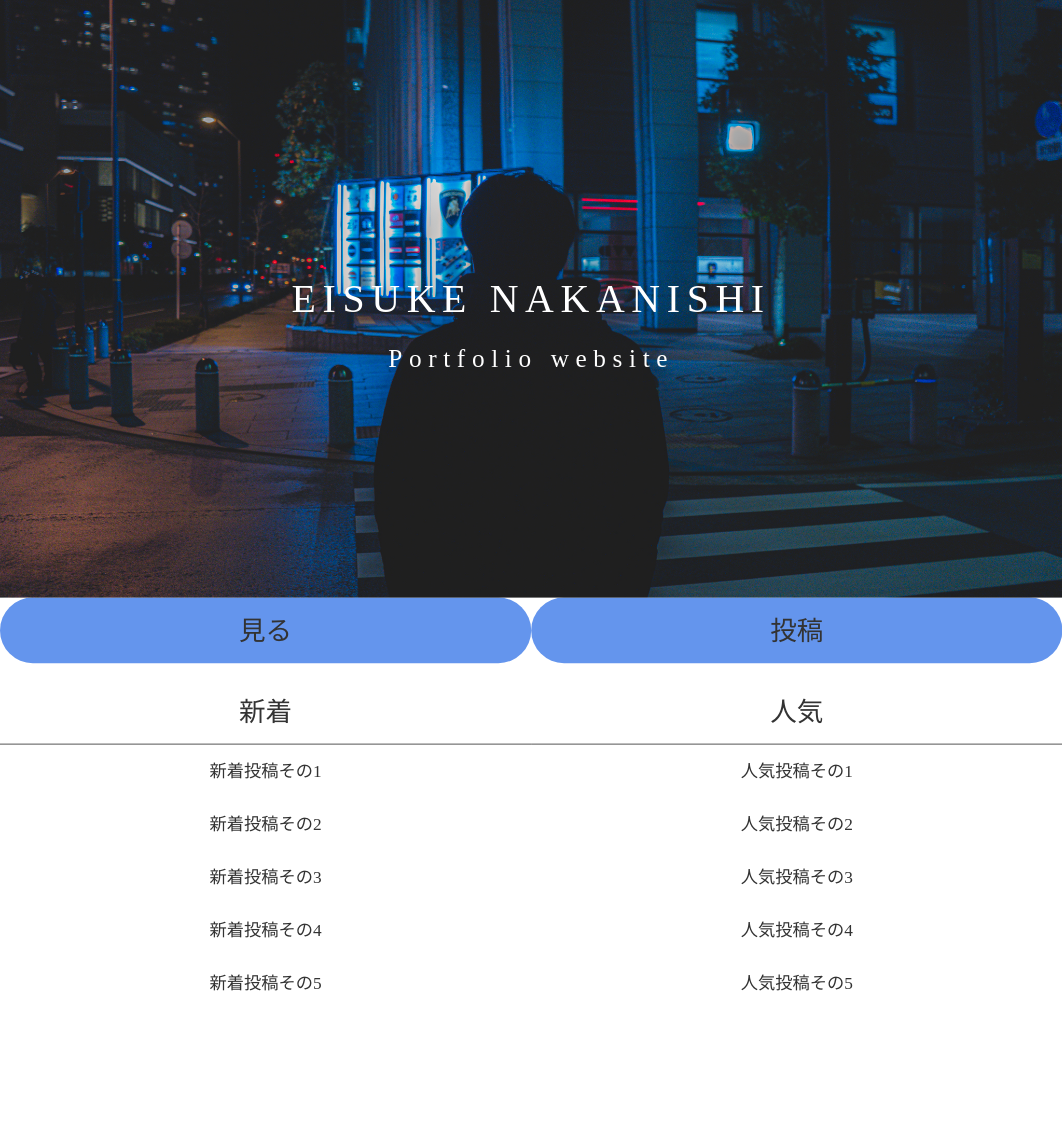
Repository: KustomApe/LandorusInc
Page: index.html
An editor plug-in stored every save of this project. The page is shown before and after the next save, followed by the edit.
The browser window is 1280 px wide. The pictures show the whole page, at 83% of full size.

Above is the page before, as saved 2021-07-24 13:20:30.

### index.html
<!DOCTYPE html>
<html lang="ja">
<head>
    <meta charset="UTF-8">
    <meta http-equiv="X-UA-Compatible" content="IE=edge">
    <meta name="viewport" content="width=device-width, initial-scale=1.0">
    <title>掲示板</title>
    <link rel="stylesheet" href="./assets/css/html5doctor.css">
    <link rel="stylesheet" href="./assets/css/style.css">
</head>
<body>
<div id="wrap">
    <div id="main_img">
        <h1>EISUKE NAKANISHI</h1>
        <h2>Portfolio website</h2>
    </div>
    <div class="contents">
        <ul id="main_btn">
            <li>見る</li>
            <li>投稿</li>
        </ul>
        <div id="topic">
            <ul class="topics">
                <li id="heading2">新着</li>
                <li>新着投稿その1</li>
                <li>新着投稿その2</li>
                <li>新着投稿その3</li>
                <li>新着投稿その4</li>
                <li>新着投稿その5</li>
            </ul>
            <ul class="topics">
                <li id="heading2">人気</li>
                <li>人気投稿その1</li>
                <li>人気投稿その2</li>
                <li>人気投稿その3</li>
                <li>人気投稿その4</li>
                <li>人気投稿その5</li>
            </ul>
        </div>
    </div>
</div>
</body>
</html>

### assets/css/html5doctor.css
html, body, div, span, object, iframe,
h1, h2, h3, h4, h5, h6, p, blockquote, pre,
abbr, address, cite, code,
del, dfn, em, img, ins, kbd, q, samp,
small, strong, sub, sup, var,
b, i,
dl, dt, dd, ol, ul, li,
fieldset, form, label, legend,
table, caption, tbody, tfoot, thead, tr, th, td,
article, aside, canvas, details, figcaption, figure,
footer, header, hgroup, menu, nav, section, summary,
time, mark, audio, video {
    margin:0;
    padding:0;
    border:0;
    outline:0;
    font-size:100%;
    vertical-align:baseline;
    background:transparent;
}

body {
    line-height:1;
}

article,aside,details,figcaption,figure,
footer,header,hgroup,menu,nav,section {
    display:block;
}

nav ul {
    list-style:none;
}

blockquote, q {
    quotes:none;
}

blockquote:before, blockquote:after,
q:before, q:after {
    content:'';
    content:none;
}

a {
    margin:0;
    padding:0;
    font-size:100%;
    vertical-align:baseline;
    background:transparent;
}

/* change colours to suit your needs */
ins {
    background-color:#ff9;
    color:#000;
    text-decoration:none;
}

/* change colours to suit your needs */
mark {
    background-color:#ff9;
    color:#000;
    font-style:italic;
    font-weight:bold;
}

del {
    text-decoration: line-through;
}

abbr[title], dfn[title] {
    border-bottom:1px dotted;
    cursor:help;
}

table {
    border-collapse:collapse;
    border-spacing:0;
}

/* change border colour to suit your needs */
hr {
    display:block;
    height:1px;
    border:0;
    border-top:1px solid #cccccc;
    margin:1em 0;
    padding:0;
}

input, select {
    vertical-align:middle;
}

### assets/css/style.css
@charset "utf-8";

body {
    width: 100%;
    max-width: 1920px;
}

div#main_img {
    position: relative;
    display: block;
    width: 100%;
    height: 100vh;
    background: url('../img/main.jpg');
    background-size: cover;
}

div#main_img h1 {
    position: absolute;
    top: 50%;
    left: 50%;
    transform: translate(-50%, -50%);
    -webkit-transform: translate(-50%, -50%);
    -ms-transform: translate(-50%, -50%);
    color: #fff;
    font-size: 3rem;
    font-weight: lighter;
    letter-spacing: 0.5rem;
}

div#main_img h2 {
    position: absolute;
    top: 60%;
    left: 50%;
    transform: translate(-50%, -50%);
    -webkit-transform: translate(-50%, -50%);
    -ms-transform: translate(-50%, -50%);
    color: #fff;
    font-size: 1.9rem;
    font-weight: lighter;
    letter-spacing: 0.5rem;
}

div.contents {
    width: 100%;
}

div.contents ul#main_btn {
    list-style: none;
    display: flex;
    width: 100%;
    height: 9vh;
}

div.contents ul#main_btn li {
    display: block;
    width: 100%;
    height: 5vh;
    line-height: 5vh;
    margin: 0 auto;
    padding: 3vh 0;
    font-size: 2rem;
    color: #333;
    /* border-bottom: solid 1px #333; */
    border-radius: 15rem;
    background:cornflowerblue;
    text-align: center;
}

div#topic {
    display: flex;
    width: 100%;
    height: 80vh;
}

ul.topics {
    width: 50%;
    padding-top: 5vh;
    list-style: none;
    text-align: center;
}

ul.topics li#heading2 {
    padding: 3vh 0;
    font-size: 2rem;
    color: #333;
    border-bottom: solid 1px #333;
}

ul.topics li {
    padding: 3vh 0;
    font-size: 1.3rem;
    color: #333;
}

After the next save:
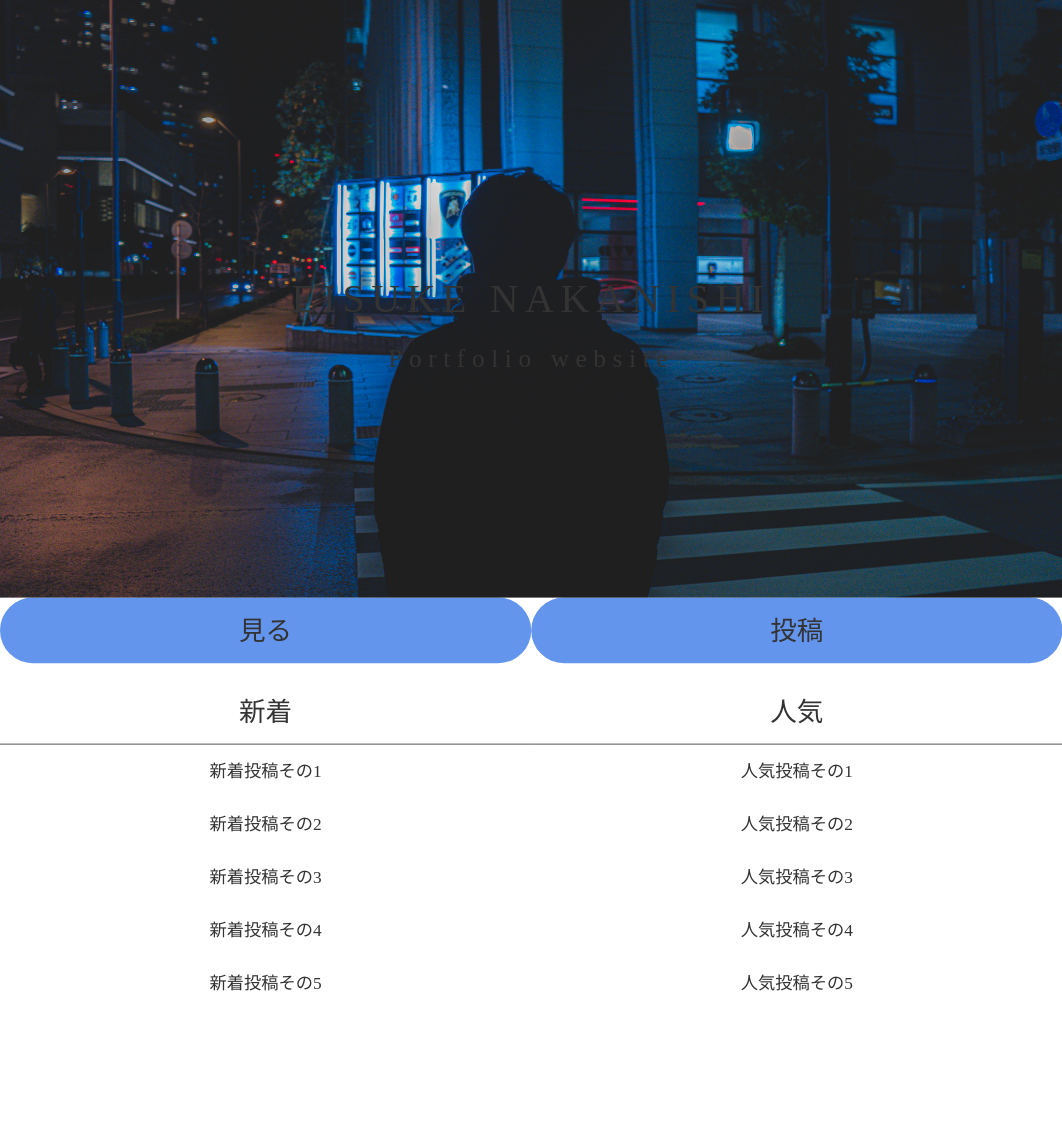
Saved 56 days later.
--- a/assets/css/style.css
+++ b/assets/css/style.css
@@ -21,7 +21,7 @@ div#main_img h1 {
     transform: translate(-50%, -50%);
     -webkit-transform: translate(-50%, -50%);
     -ms-transform: translate(-50%, -50%);
-    color: #fff;
+    color: #333;
     font-size: 3rem;
     font-weight: lighter;
     letter-spacing: 0.5rem;
@@ -34,7 +34,7 @@ div#main_img h2 {
     transform: translate(-50%, -50%);
     -webkit-transform: translate(-50%, -50%);
     -ms-transform: translate(-50%, -50%);
-    color: #fff;
+    color: #333;
     font-size: 1.9rem;
     font-weight: lighter;
     letter-spacing: 0.5rem;
